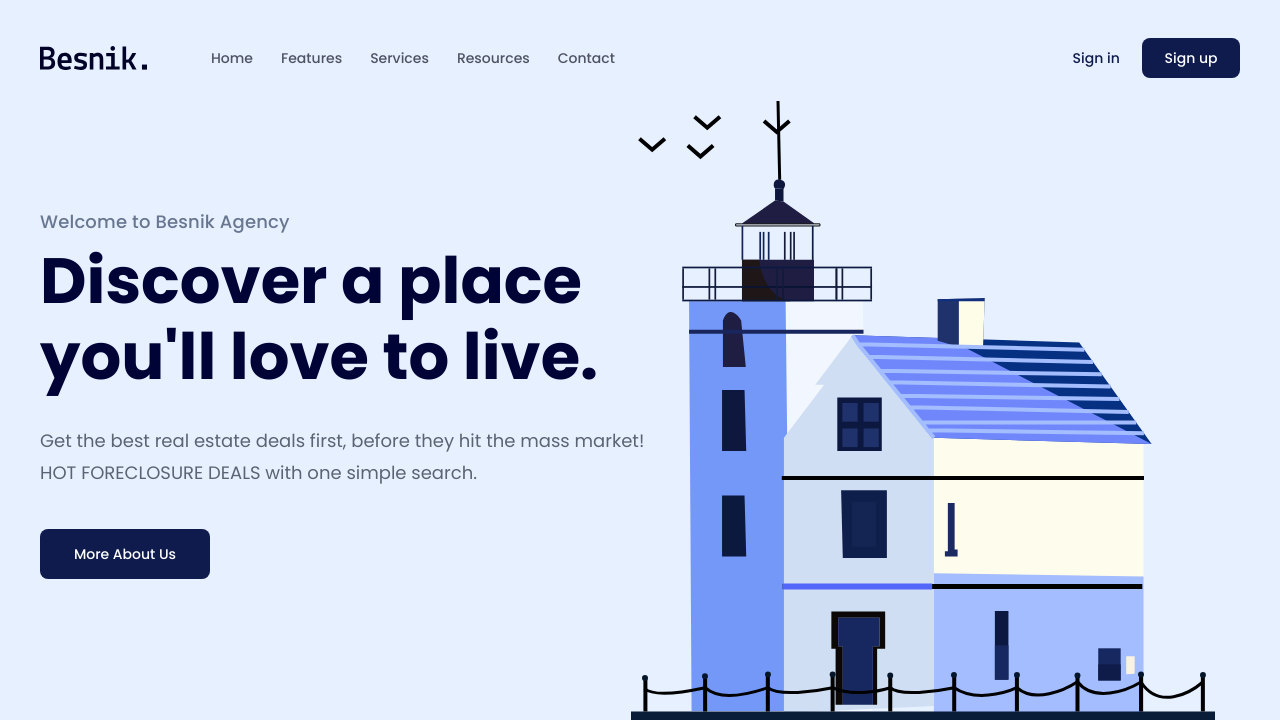
Repository: Tibi2003/f8-htmlcss-01
Page: index.html
The author's editor kept a copy of each file at every save. The page is drawn from the files as they stood at one save, then again after the next save.
The browser window is 1280 px wide. The pictures show the whole page.

Above is the page before, as saved 2024-02-05 17:03:31.

After the next save:
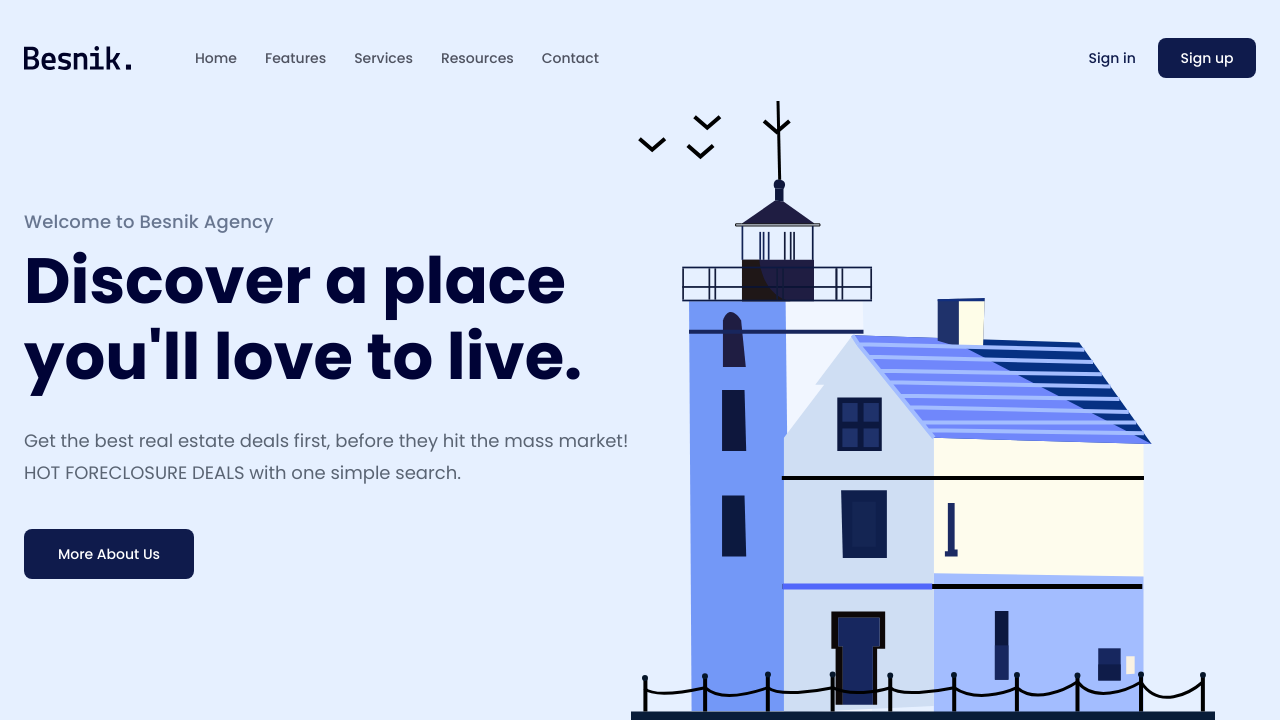
Saved 17 s later.
--- a/assets/css/styles.css
+++ b/assets/css/styles.css
@@ -37,7 +37,7 @@ a {
 }
 
 .content {
-	width: 1200px;
+	width: 1300px;
 	max-width: calc(100% - 48px);
 	margin-left: auto;
 	margin-right: auto;

After the 3 saves that followed:
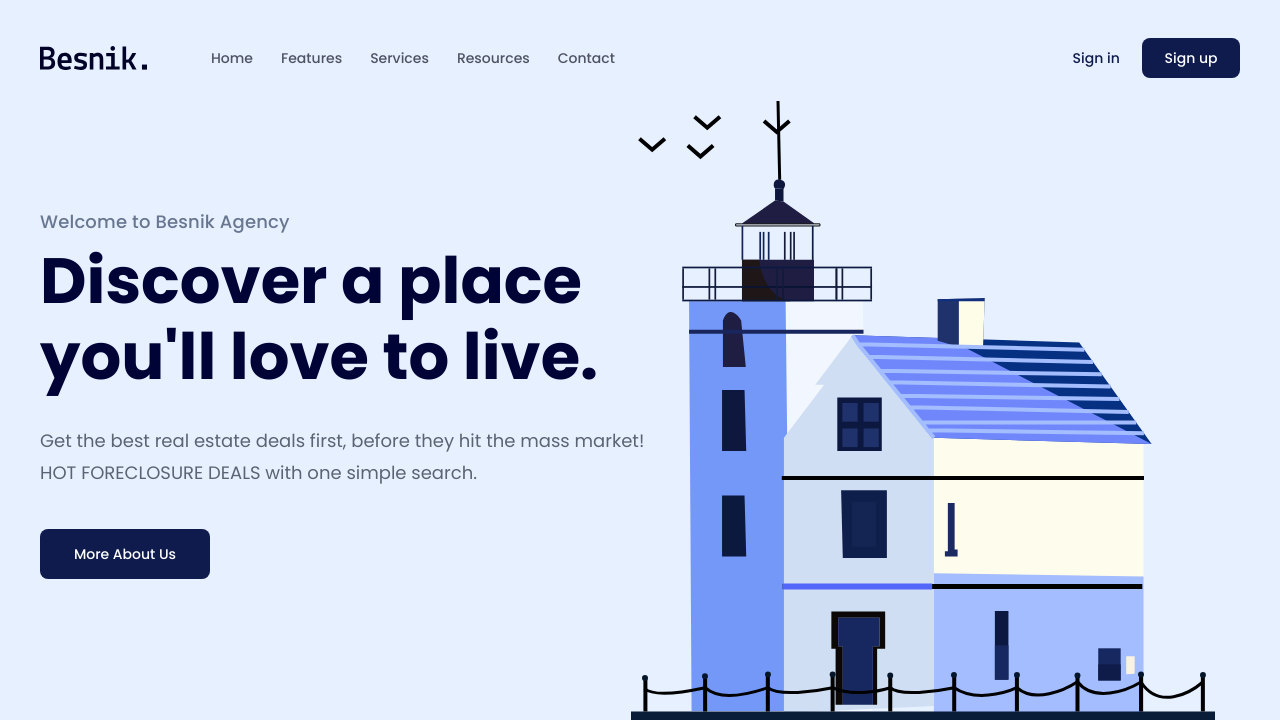
The 3 saves are shown as one change because 2 left the picture as it was.
The last was saved 17 s later.
--- a/assets/css/styles.css
+++ b/assets/css/styles.css
@@ -37,7 +37,7 @@ a {
 }
 
 .content {
-	width: 1300px;
+	width: 1200px;
 	max-width: calc(100% - 48px);
 	margin-left: auto;
 	margin-right: auto;
